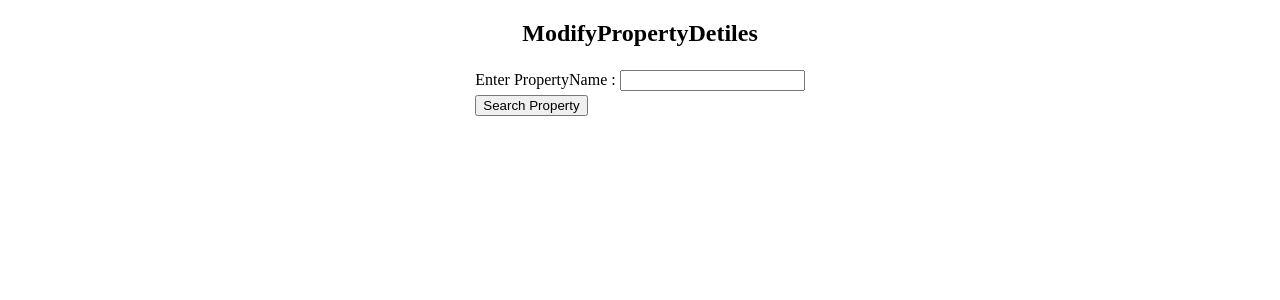
Repository: khadri2021/A2023_Task_Property_Management
Page: http://localhost/AdderssMakersWeb/Modify.jsp
An editor plug-in stored every save of this project. The page is shown before and after the next save, followed by the edit.
The browser window is 1280 px wide. The pictures show the whole page.
The page is served by Tomcat 9.

Above is the page before, as saved 2024-02-11 03:51:10.

After the next save:
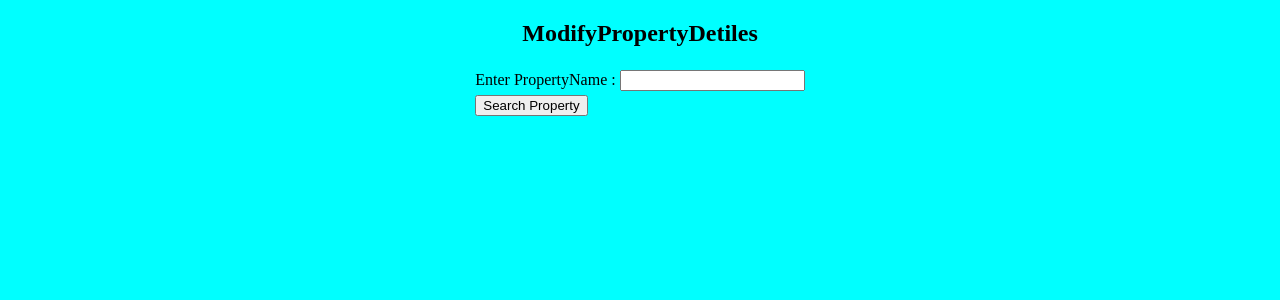
Saved 33 s later.
--- a/AdderssMakersWeb/WebContent/Modify.jsp
+++ b/AdderssMakersWeb/WebContent/Modify.jsp
@@ -6,7 +6,7 @@
 <meta charset="ISO-8859-1">
 <title>Insert title here</title>
 </head>
-<body bgcolor=""#00ffff>
+<body bgcolor="#00FFFF">
 <dev align=center>
  <h2>ModifyPropertyDetiles</h2>
  </dev>
